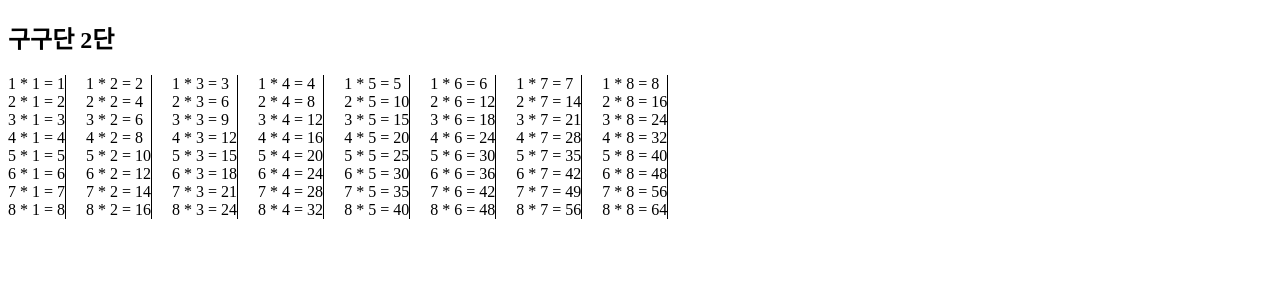
Repository: poiup/jsp_practice
Page: http://localhost/20210128/jspTag/Scriptlet.jsp
These files come from the project's save history. The page is drawn as it stood at one moment and after the next save; the edit follows.
The browser window is 1280 px wide. The pictures show the whole page.
The page is served by Tomcat 9.

Above is the page before, as saved 2022-01-28 02:50:57.

### 20210128/src/main/webapp/jspTag/Scriptlet.jsp
<%@ page language="java" contentType="text/html; charset=UTF-8"
    pageEncoding="UTF-8"%>
<!DOCTYPE html>
<html>
<head>
<meta charset="UTF-8">
<title>Insert title here</title>
</head>
<body>
	<!-- 하단에 구구닫ㄴ 코드를 작성해주세요
	System.out.println() 이 괄호내 구문에 콘솔이 찍히게 해줫다면
	out.println()은 html화면에 괄호 내 구문을 콘솔에 찍히게 해줍니다.
	(javascript의 document.write()와 같은역활 -->
	<h2>구구단 2단</h2>
	<% for(int i = 1; i< 9; i++){
	%><div style = "float : left; margin-right : 20px; border-right: solid 1px #000"><%
		for(int j = 1; j< 9; j++){
		out.println(j + " * " + i + " = " + j*i);
	%></br><%
		}
	%></div><%
	}%>
</body>
</html>

After the next save:
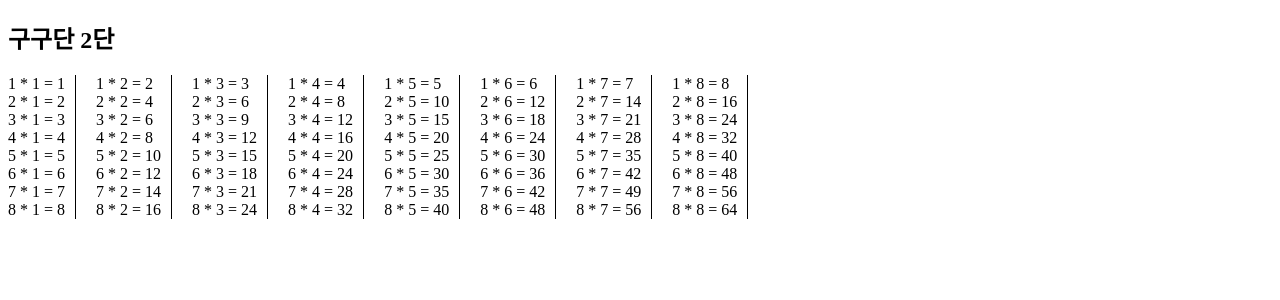
Saved 16 s later.
--- a/20210128/src/main/webapp/jspTag/Scriptlet.jsp
+++ b/20210128/src/main/webapp/jspTag/Scriptlet.jsp
@@ -13,7 +13,7 @@
 	(javascript의 document.write()와 같은역활 -->
 	<h2>구구단 2단</h2>
 	<% for(int i = 1; i< 9; i++){
-	%><div style = "float : left; margin-right : 20px; border-right: solid 1px #000"><%
+	%><div style = "float : left; margin-right : 20px; border-right: solid 1px #000; padding-right: 10px;"><%
 		for(int j = 1; j< 9; j++){
 		out.println(j + " * " + i + " = " + j*i);
 	%></br><%
